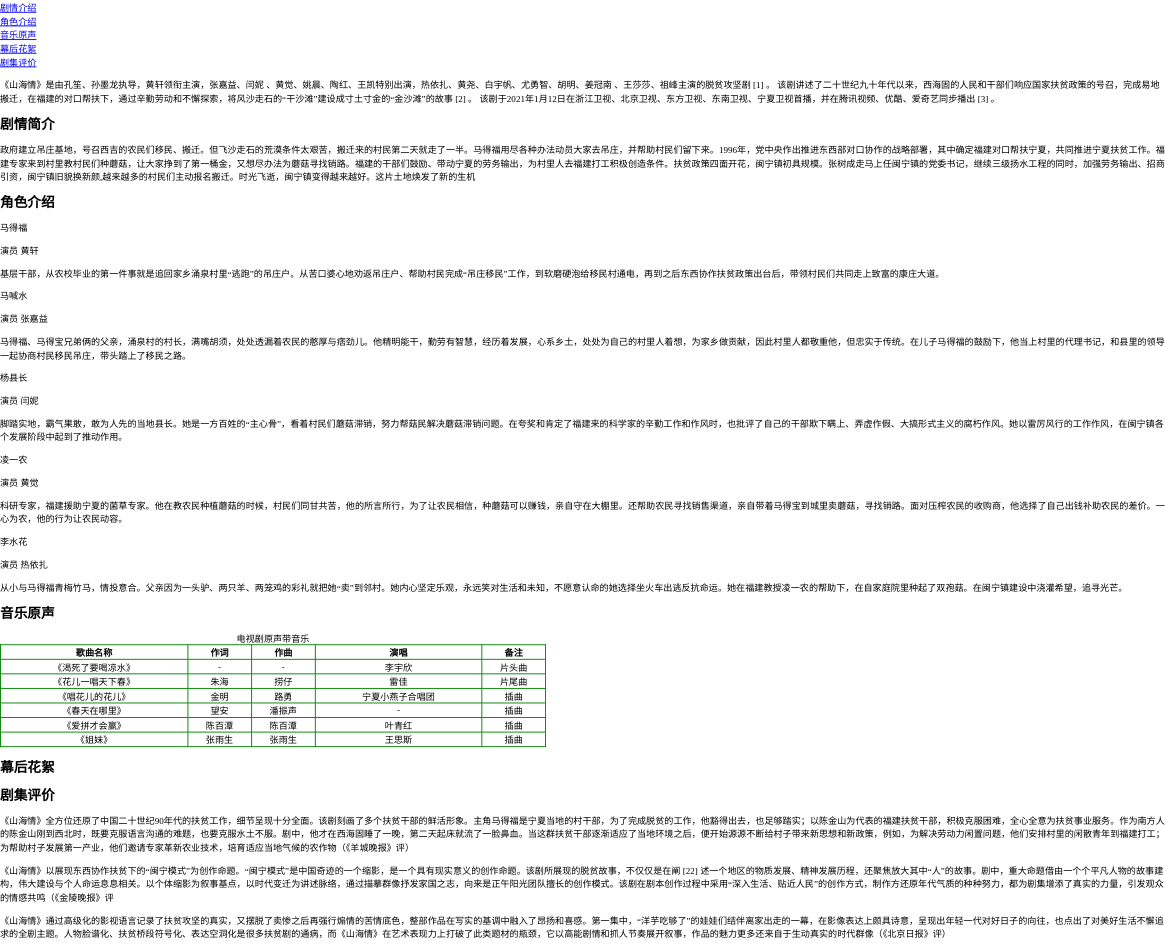
Repository: Lixianlai-2/static-website
Page: index.html
An editor plug-in stored every save of this project. The page is shown before and after the next save, followed by the edit.
The browser window is 1280 px wide. The pictures show the whole page, at 91% of full size.

Above is the page before, as saved 2021-11-30 20:41:08.

After the next save:
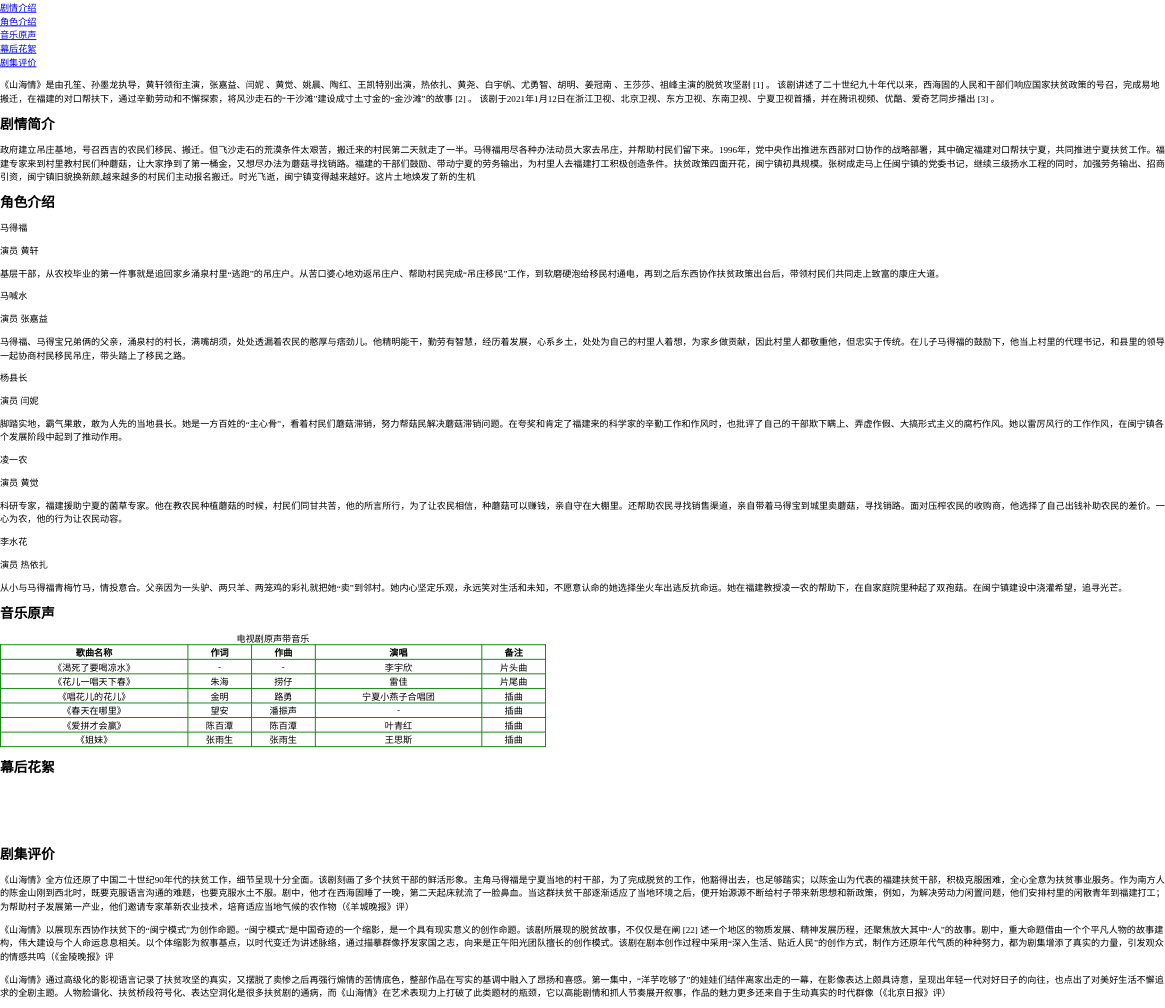
Saved 42 s later.
--- a/index.html
+++ b/index.html
@@ -232,7 +232,13 @@
     </table>
 
     <h2 id="Tidbits">幕后花絮</h2>
-
+    <ul>
+      <li></li>
+      <li></li>
+      <li></li>
+      <li></li>
+      <li></li>
+    </ul>
     <h2 id="Evaluation">剧集评价</h2>
     <div>
       《山海情》全方位还原了中国二十世纪90年代的扶贫工作，细节呈现十分全面。该剧刻画了多个扶贫干部的鲜活形象。主角马得福是宁夏当地的村干部，为了完成脱贫的工作，他豁得出去，也足够踏实；以陈金山为代表的福建扶贫干部，积极克服困难，全心全意为扶贫事业服务。作为南方人的陈金山刚到西北时，既要克服语言沟通的难题，也要克服水土不服。剧中，他才在西海固睡了一晚，第二天起床就流了一脸鼻血。当这群扶贫干部逐渐适应了当地环境之后，便开始源源不断给村子带来新思想和新政策，例如，为解决劳动力闲置问题，他们安排村里的闲散青年到福建打工；为帮助村子发展第一产业，他们邀请专家革新农业技术，培育适应当地气候的农作物（《羊城晚报》评）
